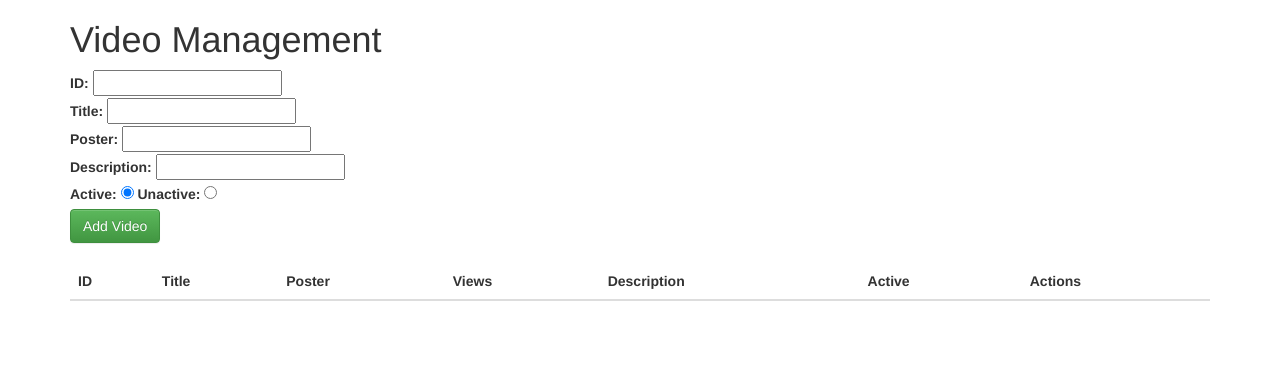
Repository: Hacorbie/Java-Servlet
Page: http://localhost/ASM_JV4/views/User.jsp
These files come from the project's save history. The page is drawn as it stood at one moment and after the next save; the edit follows.
The browser window is 1280 px wide. The pictures show the whole page.
Some web libraries are served in a nearby version. The page is served by Tomcat 9. Other server files are loaded and not shown. The template is opened directly, without the code that normally fills it, so the values that code supplies are empty.

Above is the page before, as saved 2023-04-08 17:25:24.

### ASM_JV4/src/main/webapp/views/User.jsp
<%@ page language="java" contentType="text/html; charset=UTF-8"
	pageEncoding="UTF-8"%>
<%@ taglib uri="http://java.sun.com/jsp/jstl/core" prefix="c"%>
<!DOCTYPE html>
<html>
<head>
<meta charset="UTF-8">
<title>Video Management</title>
<!-- Thêm các file CSS Bootstrap -->
<link rel="stylesheet"
	href="https://maxcdn.bootstrapcdn.com/bootstrap/3.3.7/css/bootstrap.min.css">
<link rel="stylesheet"
	href="https://maxcdn.bootstrapcdn.com/bootstrap/3.3.7/css/bootstrap-theme.min.css">
</head>
<body>
	<div class="container">
		<h1>Video Management</h1>
		<!-- Form thêm mới video -->
		<form method="post" action="VideoController" style ="text-align: centrel">
			<div>
				<label for="id">ID:</label> <input type="text" id="id" name="id"
					required>
			</div>
			<div>
				<label for="title">Title:</label> <input type="text" id="title"
					name="title" required>
			</div>
			<div>
				<label for="poster">Poster:</label> <input type="text" id="poster"
					name="poster" required>
			</div>
			<div>
				<label for="description">Description:</label> <input type="text"
					id="description" name="description" required>
			</div>
			<div>
				<label for="active">Active:</label> <input type="radio" id="active"
					name="active" value="true" checked> <label for="unactive">Unactive:</label>
				<input type="radio" id="unactive" name="active" value="false">
			</div>
			<button type="submit" class="btn btn-success">Add Video</button>
		</form>
		<br>
		<!-- Bảng hiển thị danh sách video -->
		<table class="table">
			<thead>
				<tr>
					<th>ID</th>
					<th>Title</th>
					<th>Poster</th>
					<th>Views</th>
					<th>Description</th>
					<th>Active</th>
					<th>Actions</th>
				</tr>
			</thead>
			<tbody>
				<c:forEach var="video" items="${videos}">
					<tr>
						<td>${video.id}</td>
						<td>${video.title}</td>
						<td>${video.poster}</td>
						<td>${video.views}</td>
						<td>${video.description}</td>
						<td>${video.active}</td>
						<td>
							<!-- Form chỉnh sửa video -->
							<form method="post" action="VideoController" class="form-inline">
								<input type="hidden" name="action" value="edit"> <input
									type="hidden" name="id" value="${video.id}">
								<div class="form-group">
									<label for="title">Title:</label> <input type="text"
										class="form-control" id="title" name="title"
										value="${video.title}" required>
								</div>
								<div class="form-group">
									<label for="poster">Poster:</label> <input type="text"
										class="form-control" id="poster" name="poster"
										value="${video.poster}" required>
								</div>
								<div class="form-group">
									<label for="description">Description:</label> <input
										type="text" class="form-control" id="description"
										name="description" value="${video.description}" required>
								</div>
								<div class="form-group">
									<label for="views">Views:</label> <input type="number"
										class="form-control" id="views" name="views"
										value="${video.views}" required>
								</div>
								<div class="form-group">
									<label for="active">Active:</label> <input type="checkbox"
										id="active" name="active"
										<c:if test="${video.active}">checked</c:if>>
								</div>
								<button type="submit" class="btn btn-primary">Update</button>
							</form> <!-- Form xóa video -->
							<form method="post" action="VideoController" class="form-inline">
								<input type="hidden" name="action" value="delete"> <input
									type="hidden" name="id" value="${video.id}">
								<button type="submit" class="btn btn-danger">Delete</button>
							</form>
						</td>
					</tr>
				</c:forEach>
			</tbody>
		</table>
	</div>
	<!-- Thêm các file JavaScript Bootstrap -->
	<script
		src="https://ajax.googleapis.com/ajax/libs/jquery/3.2.1/jquery.min.js"></script>
	<script
		src="https://maxcdn.bootstrapcdn.com/bootstrap/3.3.7/js/bootstrap.min.js"></script>

</body>
</html>

After the next save:
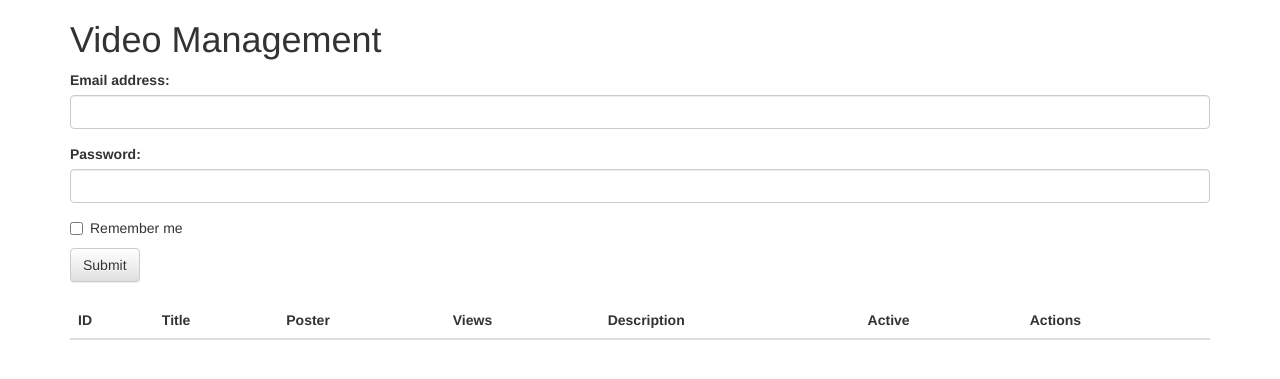
Saved 7 min 17 s later.
--- a/ASM_JV4/src/main/webapp/views/User.jsp
+++ b/ASM_JV4/src/main/webapp/views/User.jsp
@@ -17,28 +17,18 @@
 		<h1>Video Management</h1>
 		<!-- Form thêm mới video -->
 		<form method="post" action="VideoController" style ="text-align: centrel">
-			<div>
-				<label for="id">ID:</label> <input type="text" id="id" name="id"
-					required>
-			</div>
-			<div>
-				<label for="title">Title:</label> <input type="text" id="title"
-					name="title" required>
-			</div>
-			<div>
-				<label for="poster">Poster:</label> <input type="text" id="poster"
-					name="poster" required>
-			</div>
-			<div>
-				<label for="description">Description:</label> <input type="text"
-					id="description" name="description" required>
-			</div>
-			<div>
-				<label for="active">Active:</label> <input type="radio" id="active"
-					name="active" value="true" checked> <label for="unactive">Unactive:</label>
-				<input type="radio" id="unactive" name="active" value="false">
-			</div>
-			<button type="submit" class="btn btn-success">Add Video</button>
+			<div class="form-group">
+    <label for="email">Email address:</label>
+    <input type="email" class="form-control" id="email">
+  </div>
+  <div class="form-group">
+    <label for="pwd">Password:</label>
+    <input type="password" class="form-control" id="pwd">
+  </div>
+  <div class="checkbox">
+    <label><input type="checkbox"> Remember me</label>
+  </div>
+  <button type="submit" class="btn btn-default">Submit</button>
 		</form>
 		<br>
 		<!-- Bảng hiển thị danh sách video -->
